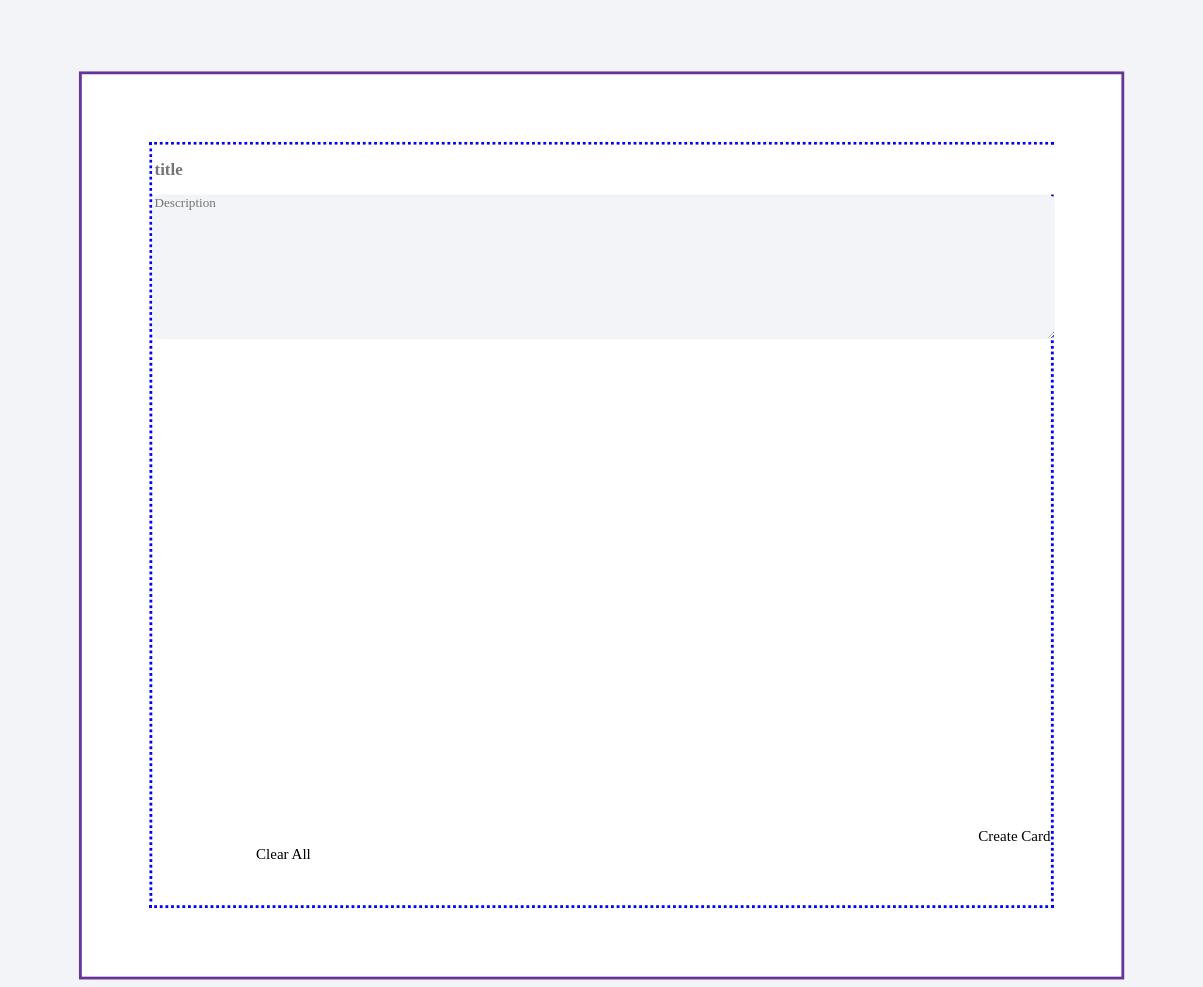
Repository: ReyhanehRahmani/TO-DO
Page: index.html
These files come from the project's save history. The page is drawn as it stood at one moment and after the next save; the edit follows.
The browser window is 1280 px wide. The pictures show the whole page, at 94% of full size.

Above is the page before, as saved 2025-06-07 22:30:43.

After the next save:
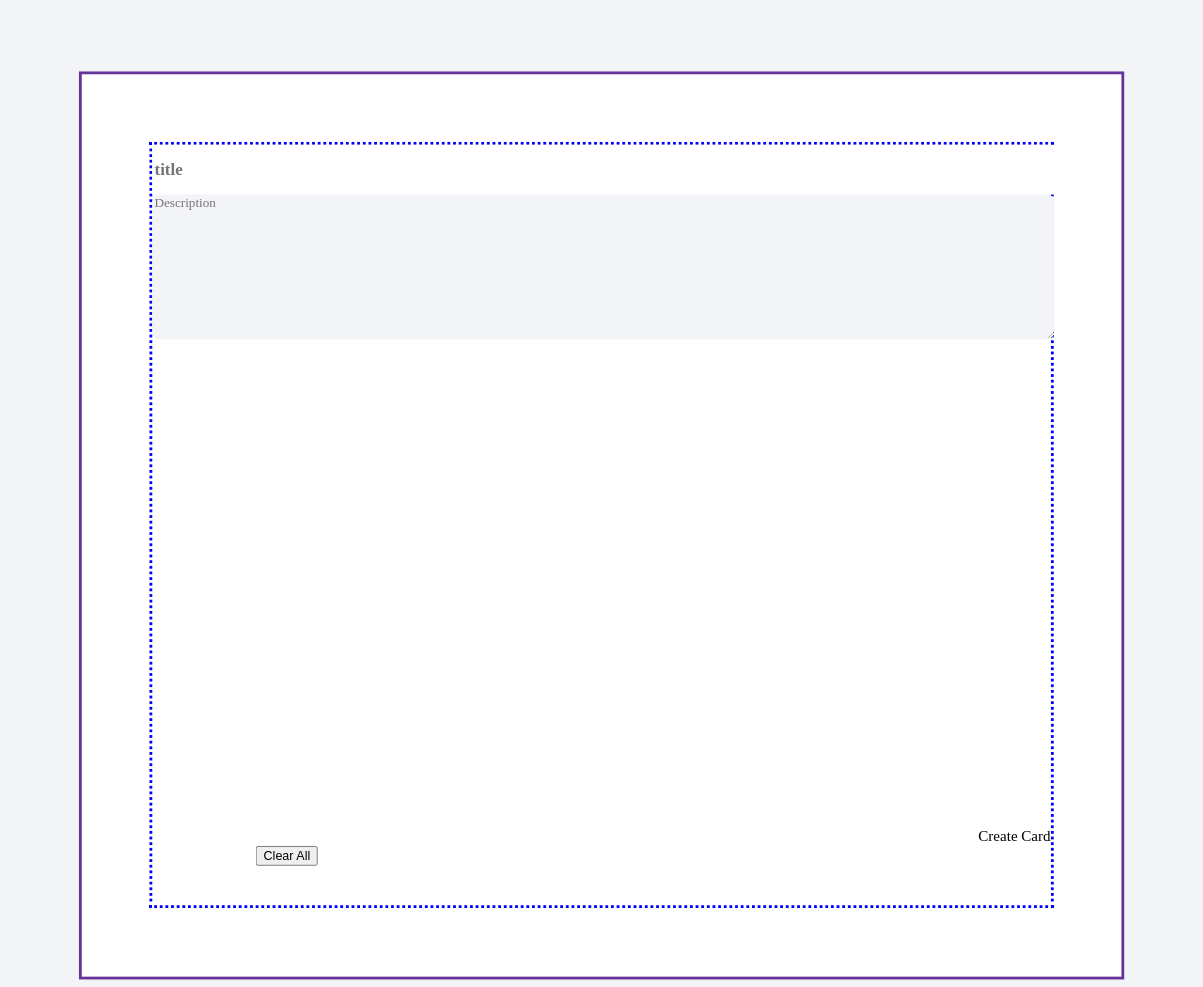
Saved 41 s later.
--- a/index.html
+++ b/index.html
@@ -26,7 +26,7 @@
                 </div>
 
                 <div id="buttons">
-                    <div id="clear">Clear All</div>
+                    <div id="clear"><button>Clear All</button></div>
                     <div id="creat">Create Card</div>
                 </div>
             </div>
